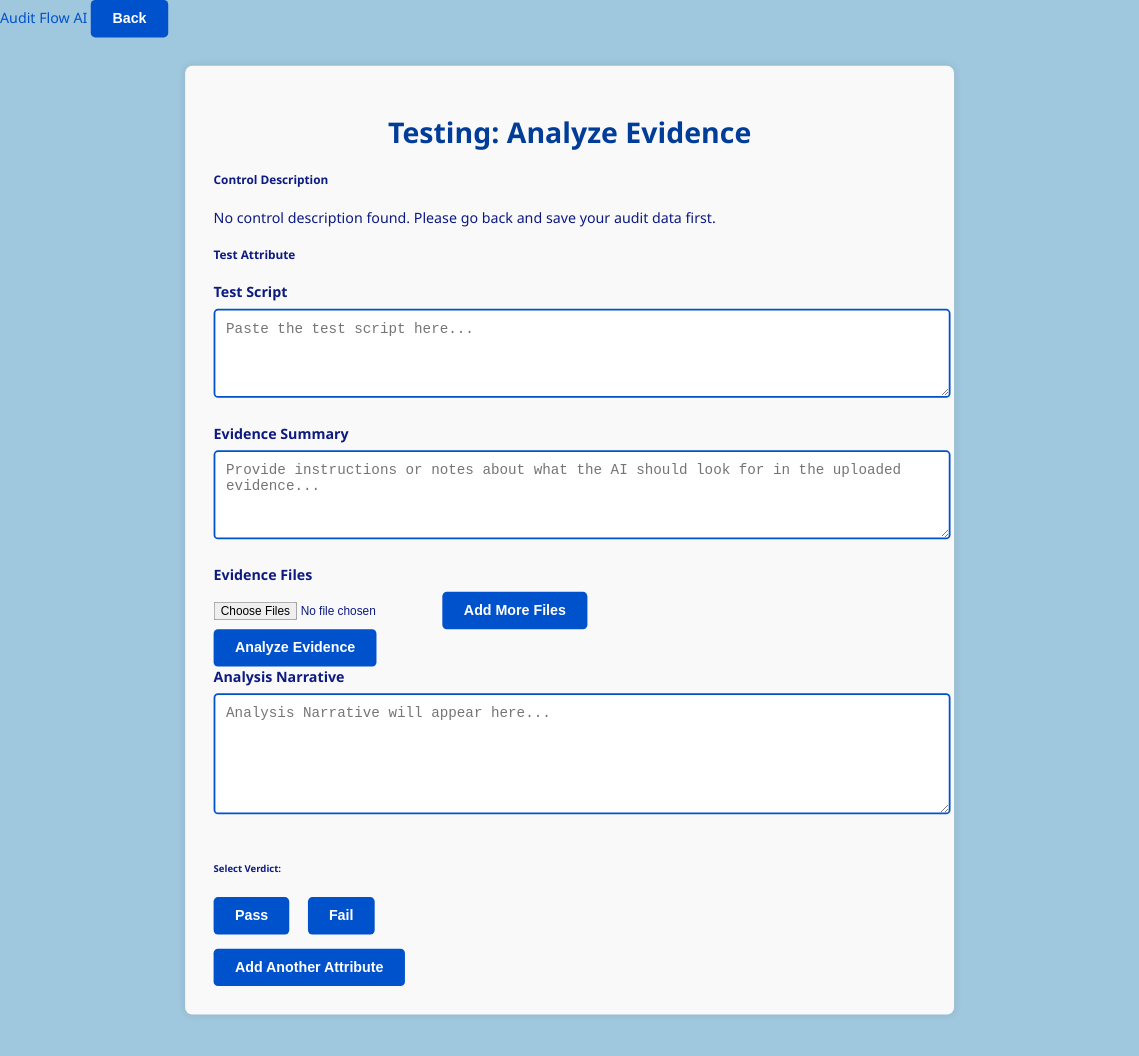
Repository: Adeolaode0/Audit-Flow-AI
Page: http://localhost/testing
An editor plug-in stored every save of this project. The page is shown before and after the next save, followed by the edit.
The browser window is 1280 px wide. The pictures show the whole page, at 89% of full size.
The page is served by the project's application, run on Flask 3 (app.py).

Above is the page before, as saved 2025-07-13 22:57:17.

After the next save:
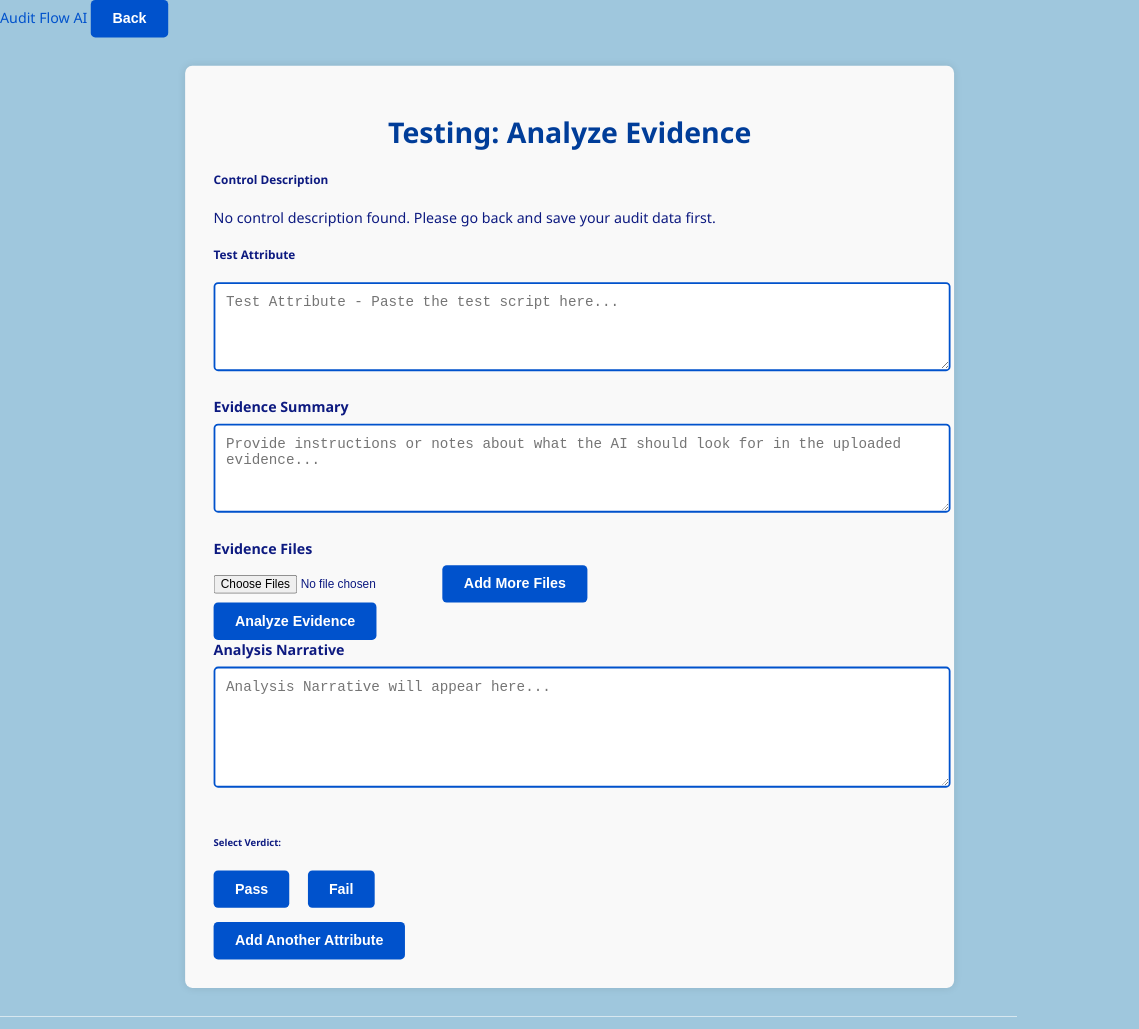
Saved 3 min 34 s later.
--- a/templates/testing.html
+++ b/templates/testing.html
@@ -31,10 +31,9 @@
                 <div class="card-body">
                     <h5 class="card-title">Test Attribute</h5>
 
-                    <!-- Test Script -->
-                    <div class="mb-3">
-                        <label class="form-label"><strong>Test Script</strong></label>
-                        <textarea class="testScript form-control" rows="4" placeholder="Paste the test script here..."></textarea>
+                    <!-- Test Script (no label, placeholder inside) -->
+                    <div class="mb-3">
+                        <textarea class="testScript form-control" rows="4" placeholder="Test Attribute - Paste the test script here..."></textarea>
                     </div>
 
                     <!-- Evidence Summary -->
@@ -235,10 +234,9 @@
                 <div class="card-body">
                     <h5 class="card-title">Test Attribute</h5>
 
-                    <!-- Test Script -->
-                    <div class="mb-3">
-                        <label class="form-label"><strong>Test Script</strong></label>
-                        <textarea class="testScript form-control" rows="4" placeholder="Paste the test script here..."></textarea>
+                    <!-- Test Script (no label, placeholder inside) -->
+                    <div class="mb-3">
+                        <textarea class="testScript form-control" rows="4" placeholder="Test Attribute - Paste the test script here..."></textarea>
                     </div>
 
                     <!-- Evidence Summary -->
